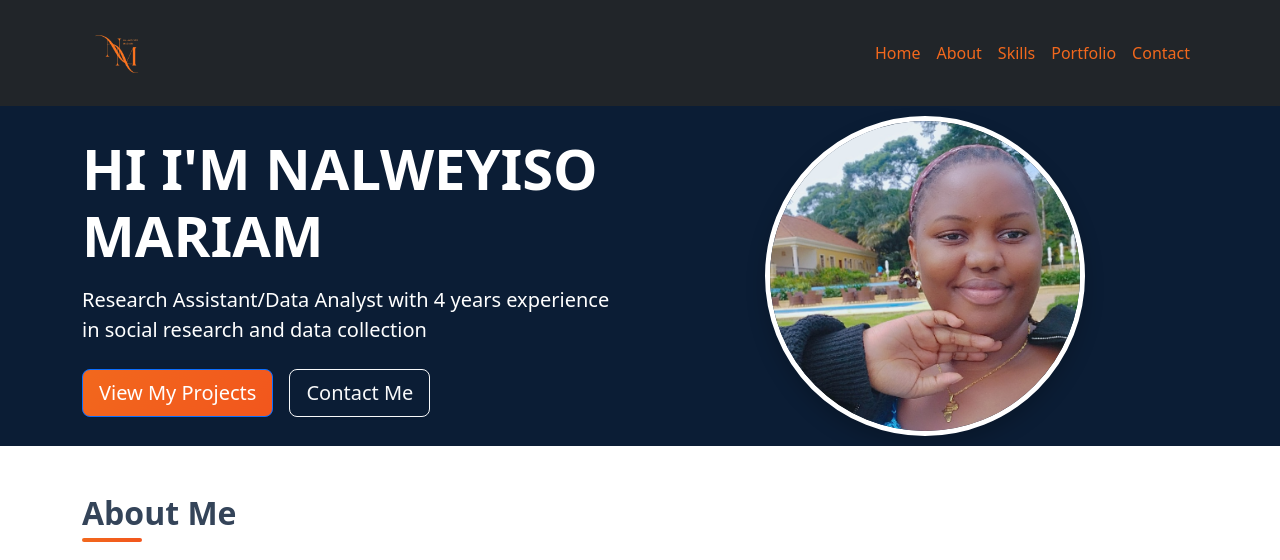
Repository: NalweMari/My-Personal-Portfolio
Page: index.html
An editor plug-in stored every save of this project. The page is shown before and after the next save, followed by the edit.
The browser window is 1280 px wide. The pictures show the part of the page from y = 0 to 560 px (the page is 3723 px tall).
A picture or video elsewhere on the page could not be fetched, so the positions and the page height are approximate.

Above is the page before, as saved 2025-12-05 18:12:48.
Console error (its wording comes from the project's code and is left out).

After the next save:
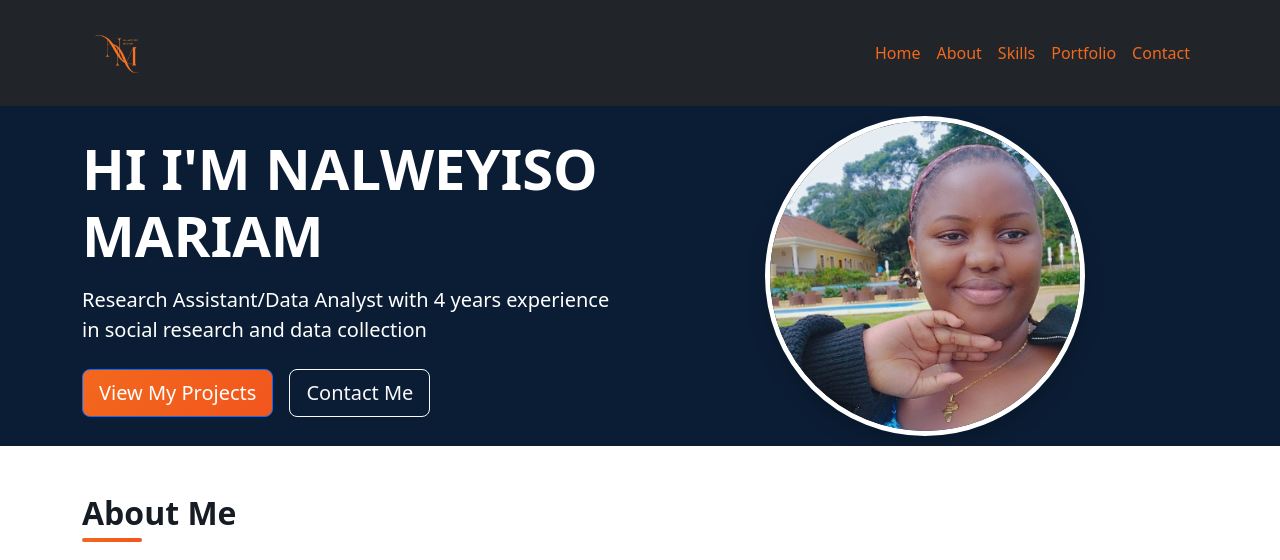
Saved 3 min 3 s later.
--- a/Style.css
+++ b/Style.css
@@ -1,6 +1,6 @@
 
  :root {
-                --primary-color: #344459;
+                --primary-color: #151c24;
             --secondary-color: #586973;
             --accent-1: #F2681D;
             --accent-2: #F2561D;
